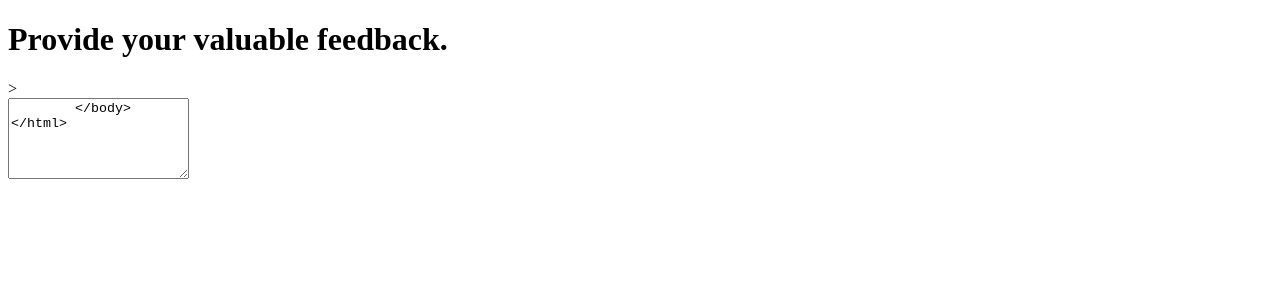
Repository: alph-a07/Java-EE
Page: http://localhost/FeedBackPage/SubmitFeedback.jsp
The author's editor kept a copy of each file at every save. The page is drawn from the files as they stood at one save, then again after the next save.
The browser window is 1280 px wide. The pictures show the whole page.
The page is served by Tomcat 9.

Above is the page before, as saved 2023-01-20 11:13:44.

After the next save:
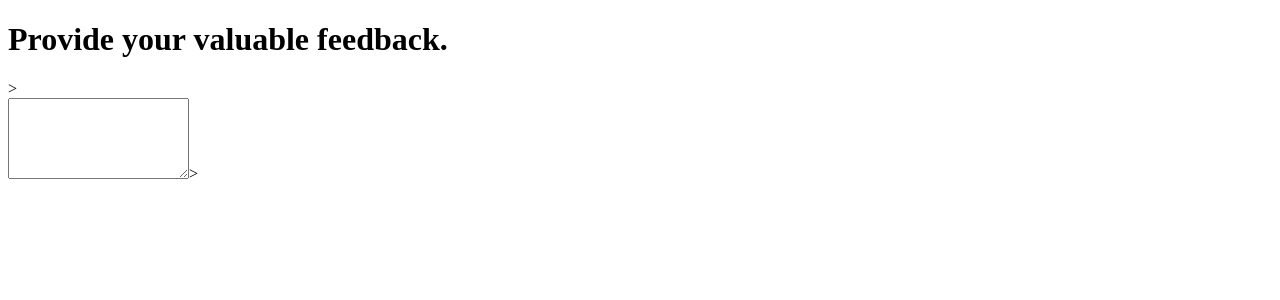
Saved 5 s later.
--- a/FeedBackPage/src/main/webapp/SubmitFeedback.jsp
+++ b/FeedBackPage/src/main/webapp/SubmitFeedback.jsp
@@ -14,6 +14,7 @@
 		<h1>Provide your valuable feedback.</h1>>
 
 		<form>
-		<textarea rows = 5 name="feedbackParam">
+		<textarea rows = 5 name="feedbackParam"></textarea>>
+
 	</body>
 </html>
